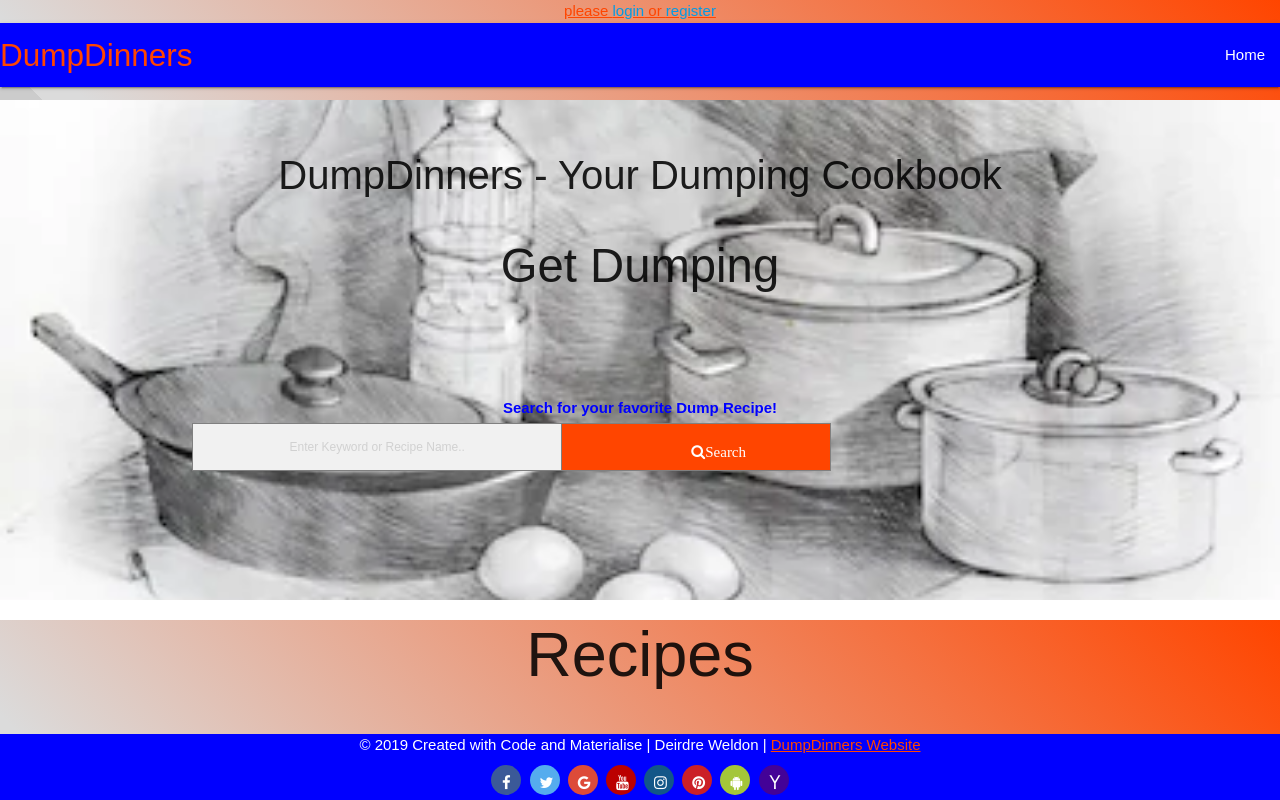
Repository: Deirdre18/dumpdinners-recipe-app
Page: http://localhost/
The author's editor kept a record of every edit. The page is drawn from the files as they stood at one moment, then again after the next edit.
The browser window is 1280 px wide. The pictures show the whole page.
Some web libraries are served in a nearby version. The page is served by the project's application, run on Flask 3 (app.py). Queries for data that is not in the repository find no rows.

Above is the page before.

### templates/allrecipes1.html
{% extends "base.html" %}
{% block content %}

        <h1 class="title">Recipes</h1>
 {#{{referred to https://github.com/pierceoneill/code-institute-milestone-project-04/blob/master/templates/recipes.html for recipe-cards code.}}#}



   <div id="recipe-cards" class="row">
    {% for recipe in recipes %}
        <div class="col s12 m4 l3 recipe-card" data-date="{{recipe.date_added}}">
            <div class="card-heading"style="text-align:center">

                    <div class="card-title">
                        <h6><span id="recipe_name" name="recipe_name" ><i><strong>{{recipe.recipe_name}} </i></strong></span></h6>

                    </div>
            </div>


            <div class="card-image" >
                <img src="{{recipe.image}}" width="200" height="200" style="margin-top": 40%;>
            </div>


            <div class="card-body">

                <p id="short_description"></p> <strong><em>{{recipe.short_description}}</strong></em></p>
            </div>

           <div class="card-footer">


                <div class="card-action">
                   <a href="/recipe/{{ recipe._id }}"> <button class="btn waves-effect waves-light" type="submit" style="background-color:orangered" name="action">See More
                <i class="material-icons right">view_list</i>
             </button></a>

                </div>
           </div>




            <!-- more display -->
    </div>
    {% endfor %}

{% endblock %}

### templates/base.html
<!DOCTYPE html>
<html>

<head>
    <!--referred to this link for downloading bootstrap, as well as previous CI tutorials - https://forums.fedoraforum.org/showthread.php?314148-How-to-download-bootstrap-->

    <meta charset="UTF-8">
    <meta name="viewport" content="width=device-width, user-scalable=no, initial-scale=1.0, maximum-scale=1.0, minimum-scale=1.0">
    <meta http-equiv="X-UA-Compatible" content="ie=edge">
    <title>{{ title }} - DumpDinners</title>
    <link href="https://fonts.googleapis.com/icon?family=Material+Icons" rel="stylesheet">
    <link rel="stylesheet" href="https://cdnjs.cloudflare.com/ajax/libs/materialize/0.100.2/css/materialize.min.css">
    <link rel="stylesheet" href="{{url_for('static', filename='styles.css')}}" type="text/css" />
    <link rel="icon" type="image/ico" href="/static/images/favicon.ico" />
    <link rel="stylesheet" href="https://cdnjs.cloudflare.com/ajax/libs/font-awesome/4.7.0/css/font-awesome.min.css">

    <style>
        body {
            font-family: Arial;
        }

        * {
            box-sizing: border-box;
        }

        form.example input[type=text] {
            padding: 5px;
            font-size: 12px;
            border: 1px solid grey;
            float: left;
            width: 4%;
            height: 1%;
            background: #f1f1f1;
        }

        form.example button {
            float: left;
            width: 3%;
            height: 2%;
            padding: 5px;
            background: #2196F3;
            color: white;
            font-size: 12px;
            border: 1px solid grey;
            border-left: none;
            cursor: pointer;
        }

        form.example button:hover {
            background: #0b7dda;
        }

        form.example::after {
            content: "";
            clear: both;
            display: table;
        }
    </style>



</head>

<body>

    <style scoped>
        .pattern {
            min-height: 100px;
        }

        #stripes4 {

            background-image: repeating-linear-gradient(45deg, #ccc, #ccc 30px, #dbdbdb 30px, #dbdbdb 60px, orangered);

        }
    </style>

    <!--to give background gradient color, referred to https://www.quackit.com/css/codes/patterns/css_background_stripes.cfm-->

    <div id="stripes4" class="pattern">


        <!--referred to code from Spence Barribal's github project for username in session below (Student at Code Institute).-->

        {% if 'username' in session %}
        <div class="text-light font-italic bg-dark pt-2 pr-4" style="text-align:center; color:orangered">welcome back, {{ session['username'] }}</div>

        <li class="nav-item" style="text-align:center">
            <a href="{{ url_for( 'add_recipe') }}" style="text-decoration:underline">Add Recipe</a>
        </li>

        <li class="nav-item" style="text-align:center">
            <a href="{{ url_for( 'logout') }}" style="text-decoration:underline">Logout</a>
        </li>

        <li class="nav-item" style="text-align:center">
            <a href="{{ url_for( 'allrecipes') }}" style="text-decoration:underline">Home</a>
        </li>


        {% else %}

        <div class="login" style="text-align:center;color:orangered;text-decoration:underline">please <a href="{{ url_for('login') }}">login</a> or <a href="{{ url_for('register') }}">register</a>
        </div>
        {% endif %}

        <nav>
            <div class="nav-wrapper">
                <a class="brand-logo" style="color:orangered">DumpDinners</a>
                <a href="#" data-activates="mobile-demo" class="button-collapse"><i class="material-icons">menu</i></a>
                <ul id="nav-mobile" class="right hide-on-med-and-down">

                    {% if 'username' not in session %}

                    <li class="nav-item">
                        <a href="{{ url_for('index') }}" style="color:white">Home</a></strong>
                    </li>


                    {% endif %}

                </ul>
            </div>

        </nav>
        <!--referred to https://www.w3schools.com/howto/howto_css_search_button.asp-->

        {% if 'username' in session %}
        <ul class="sidenav" id="mobile-demo">
            <li class="nav-item">
                <a href="{{ url_for('allrecipes') }}" style="color:orangered;text-decoration:underline"><strong>Home</strong></a>
            </li>
            {% endif %}


        </ul>
    </div>

    <div id="index-banner" class="parallax-container">
        <div class="section no-pad-bot">
            <div class="container">

                <div class="parallax">
                    <img src="{{ url_for('static', filename='uploads/' + 'still-life.jpg') }}">
                </div>

                <h2 class="header center" class="header"><small>DumpDinners - Your Dumping Cookbook</small></h2>

                <h1 class="header center" class="header"><small>Get Dumping</small></h1>
                <br><br><br>


                <!--/*referred to https://www.w3schools.com/howto/howto_css_search_button.asp*/-->

                <div class="search-container">

                    <h6 class="lead-search" style="color:blue; text-align:center"><strong>Search for your favorite Dump Recipe!</strong></h6>
                    <form class="example" action="{{ url_for('search') }}">
                        <input type="text" placeholder="Enter Keyword or Recipe Name.." required name="query" style="margin-top:0; width:40%; height:3em !important; text-align:center; color:black">
                        <div id="search">
                            <button type="submit" style="margin-top:0; width:30%; height:4em !important; background-color:orangered;text-align:center"><i class="fa fa-search" style="font-size:15px">Search</i></button>
                        </div>
                    </form>
                </div>


            </div>
        </div>
        <!--Referred to this link for adding photos dynamically. https://stackoverflow.com/questions/40877272/jinja2-not-displaying-the-images-->


    </div>

    <div id="stripes4" class="pattern">
        {% block content %}{% endblock %}
    </div>

    <script src="https://cdnjs.cloudflare.com/ajax/libs/jquery/3.2.1/jquery.min.js"></script>
    <script src="https://cdnjs.cloudflare.com/ajax/libs/materialize/0.100.2/js/materialize.min.js"></script>



    <script type="text/javascript">
        /*Collapsable elements are in place but not firing yet. We use Jquery document.ready) function when document is ready, when all the html elements have rendered.  So we'll place this in the base.html in the parent template so that any collapsible elements can access this functionality when they're being rendered. So we now have our accordion in place. What we'll do next is we will dynamically add tasks to those accordion elements.*/



        $(document).ready(function() {
            $(".button-collapse").sideNav();
        });



        $('.datepicker').pickadate({
            selectMonths: true, // Creates a dropdown to control month
            selectYears: 15, // Creates a dropdown of 15 years to control year,
            today: 'Today',
            clear: 'Clear',
            close: 'Ok',
            closeOnSelect: false // Close upon selecting a date,
        });

        $(document).ready(function() {
            $('.parallax').parallax();
        });
    </script>

    <!-- jquery to activate buttons -->

    <script type="text/javascript">
        $(document).ready(function() {
            $('.collapsible').collapsible();
            $('select').material_select();
        });
    </script>

    <!--to create footer referred to https://www.w3schools.com/howto/tryit.asp?filename=tryhow_css_fixed_footer. For flexible footer referred to https://materializecss.com/footer.html-->
    <!--decided to make footer fixed rather than flexible-->

    <style>
        .footer {
            margin-top: 1px;
            display: fixed;
            min-height: 3vh;
            flex-direction: column;
            text-align: center;
            background-color: blue;
            color: white;
        }

        main {
            flex: 1 0 auto;
        }

        .container {
            margin-top: 15px;
            margin-bottom: 3px;
        }
    </style>



    <style>
        .fa {
            padding: 10px;
            font-size: 15px;
            width: 30px;
            text-decoration: none;
            margin: 5px 2px;
            border-radius: 50%;
            height: 30px;
        }

        .fa:hover {
            opacity: 0.7;

        }

        .fa-facebook {
            background: #3B5998;
            color: white;
            text-align: center;
        }

        .fa-twitter {
            background: #55ACEE;
            color: white;
            text-align: center;
        }

        .fa-google {
            background: #dd4b39;
            color: white;
            text-align: center;
        }

        .fa-youtube {
            background: #bb0000;
            color: white;
            text-align: center;
        }

        .fa-instagram {
            background: #125688;
            color: white;
            text-align: center;
        }

        .fa-pinterest {
            background: #cb2027;
            color: white;
            text-align: center;
        }


        .fa-android {
            background: #a4c639;
            color: white;
            text-align: center;
        }



        .fa-yahoo {
            background: #430297;
            color: white;
            text-align: center;
        }

        strong {
            font-weight: bold;
        }
    </style>



    <div class="footer">


        <div class="container">
            <!--created blank spaces, referred to https://www.computerhope.com/jargon/n/nbsp.htm-->
            © 2019 Created with Code and Materialise&nbsp| Deirdre Weldon |&nbsp<a href="https://dumpdinners-recipe-app.herokuapp.com/" style="color:orangered; text-decoration: underline">DumpDinners Website

        </div>

        <!--for social media icons and styles referred to https://www.w3schools.com/howto/howto_css_social_media_buttons.asp    -->




<!-- Add font awesome icons -->
            <a href="https://www.facebook.com/" class="fa fa-facebook"></a>
            <a href="https://www.twitter.com/" class="fa fa-twitter"></a>
            <a href="https://www.google.com/" class="fa fa-google"></a>
            <a href="https://www.youtube.com/" class="fa fa-youtube"></a>
            <a href="https://www.instagram.com/" class="fa fa-instagram"></a>
            <a href="https://www.pinterest.com/" class="fa fa-pinterest"></a>
            <a href="https://www.android.com/" class="fa fa-android"></a>
            <a href="https://www.yahoo.com/" class="fa fa-yahoo"></a>


        </div>



</body>

</html>

### app.py
import os
import re
from flask import Flask, render_template, redirect, request, url_for, session, flash

from flask_pymongo import PyMongo
import pymongo
from pymongo import MongoClient
from bson.objectid import ObjectId


from werkzeug.security import generate_password_hash, check_password_hash


app = Flask(__name__)

app.secret_key = "randomstring123"



if app.config['DEBUG'] == True:
    from config import dbconfig
    app.config["MONGO_DBNAME"] = 'dumpdinners'
    app.config["MONGO_URI"] = dbconfig()
else:
    app.config['MONGO_URI'] = os.environ.get("MONGO_URI")
    app.config['MONGO_DBNAME'] = os.environ.get("MONGO_DBNAME")

mongo = PyMongo(app)


@app.route('/')
@app.route('/index')
def index():
    """Home page the gets 4 recipes from DB that have been viewed the most"""
    four_recipes = mongo.db.recipes.find().limit(4)
    return render_template('allrecipes1.html', recipes=four_recipes)

@app.route('/allrecipes')
def allrecipes():
    recipes = mongo.db.recipes.find()
    return render_template('allrecipes.html', recipes=recipes)

@app.route('/allrecipes1')
def allrecipes1():
    recipes = mongo.db.recipes.find()
    four_recipes = mongo.db.recipes.find().limit(4)
    return render_template('allrecipes1.html', recipes=four_recipes)

@app.route('/add_recipe')
def add_recipe():
    recipes = mongo.db.recipes.find()
    return render_template('addrecipe.html',
        categories=mongo.db.categories.find())


@app.route('/insert_recipe', methods=['POST'])
def insert_recipe():
    recipes = mongo.db.recipes
    recipes.insert_one(request.form.to_dict())
    flash ("Thank you, your recipe has been inserted")
    return redirect(url_for('allrecipes'))



@app.route('/edit_recipe/<recipe_id>', methods=['GET', 'POST'])
def edit_recipe(recipe_id):
    """Allows logged in user to edit their own recipes"""
    recipe_db = mongo.db.recipes.find_one_or_404({'_id': ObjectId(recipe_id)})
    all_categories =  mongo.db.categories.find()
    if request.method == 'GET':

        return render_template('editrecipe.html', recipe=recipe_db, categories=all_categories)


# referred to this article for advice on 'views' - https://stackoverflow.com/questions/5782311/mongodb-inc-embedded-value-syntax

@app.route('/update_recipe/<recipe_id>', methods=["POST"])
def update_recipe(recipe_id):
    recipes = mongo.db.recipes
    recipes.update( {'_id': ObjectId(recipe_id)},
    {
        '$set': {

        'recipe_name':request.form.get('recipe_name'),
        'ingredients':request.form.get('ingredients'),
        'image': request.form.get('image'),
        'category_name': request.form.get('category_name'),
        'username': request.form.get('username'),
        'methods': request.form.get('methods'),
        'short_description': request.form.get('short_description'),
        'date_added': request.form.get('date_added'),
        'is_vegetarian': request.form.get('is_vegetarian'),
        'views': 1,
        }
    })
    return redirect(url_for('allrecipes'))



@app.route('/delete_recipe/<recipe_id>')
def delete_recipe(recipe_id):
    mongo.db.recipes.remove({'_id': ObjectId(recipe_id)})
    return redirect(url_for('allrecipes'))

@app.route('/search')
def search():
    """Provides logic for search bar"""
    orig_query = request.args['query']
    # using regular expression setting option for any case
    query = {'$regex': re.compile('.*{}.*'.format(orig_query)), '$options': 'i'}
    # find instances of the entered word in title, tags or ingredients
    results = mongo.db.recipes.find({
        '$or': [
            {'recipe_name': query},
            {'ingredients': query},
            {'recipe_name': query}
        ]
    })
    return render_template('search.html', query=orig_query, results=results)


@app.route('/recipe/<recipe_id>')
def recipe(recipe_id):
    """Shows full recipe and increments view"""
    mongo.db.recipes.find_one_and_update(
        {'_id': ObjectId(recipe_id)},
        {'$inc': {'views': 1}}
    )
    recipe_db = mongo.db.recipes.find_one_or_404({'_id': ObjectId(recipe_id)})
    return render_template('recipe.html', recipe=recipe_db)




#ROUTES FOR CATEGORIES


@app.route('/get_categories')
def get_categories():
    return render_template('categories.html',
        categories=mongo.db.categories.find())

@app.route('/add_category')
def add_category():
    return render_template('addcategory.html')

@app.route('/insert_category', methods=['POST'])
def insert_category():
    category_doc = {'category_name': request.form.get('category_name')}
    mongo.db.categories.insert_one(category_doc)
    return redirect(url_for('allrecipes'))

@app.route('/edit_category/<category_id>')
def edit_category(category_id):
    return render_template('editcategory.html',
    categories=mongo.db.categories.find_one({'_id': ObjectId(category_id)}))


@app.route('/update_category/<category_id>', methods=['POST'])
def update_category(category_id):
    categories = mongo.db.categories
    categories.update({'_id': ObjectId(category_id)},
    {


         'category_name': request.form.get('category_name'),

    })
    return redirect(url_for('get_categories'))

#Copied routing for login from Deborah Thompson, student at Code Institute for login routing - #https://github.com/debbiect246/recipe-app#


@app.route('/login', methods=["GET","POST"])
def login():
    if request.method == 'POST':
        login_user = mongo.db.register.find_one({'username': request.form['username']})
        form = request.form
        if login_user:
            if(form["password"] == login_user["password"]): # if password correct
                session['username'] = login_user["username"]
                return redirect(url_for('allrecipes',register_id = login_user["_id"]))
            else: # and if password is not correct
               flash("Incorrect password")
        else:# if user does not exist
            flash("User does not exist")
            return redirect(url_for('register'))
    return render_template('login.html')


#Copied routing for register from Deborah Thompson, student at Code Institute for login routing - #https://github.com/debbiect246/recipe-app#

@app.route('/register', methods=['POST','GET'])
def register():
    if request.method == 'POST':
        register = mongo.db.register
        register_id = register.insert_one(request.form.to_dict())
        # print(register)
        object_id = register_id.inserted_id
        flash("Thank you for registering, please go to login")
        return redirect(url_for('allrecipes1',register_id=object_id))
    return render_template('register.html')




#Copied routing for allrecipeslist from Deborah Thompson, student at Code Institute for login routing - #https://github.com/debbiect246/recipe-app#


@app.route('/logout')
def logout():
    """Clears session and redirects to home"""
    session.clear()
    return redirect(url_for('allrecipes1'))




if __name__ == '__main__':
    app.run(host=os.environ.get('IP'),
        port=int(os.environ.get('PORT')))

### static/styles.css
.card-body {
    width: 75%;
    margin-left: 0;
    left: auto;
    right: auto;
    white-space: pre-wrap;
}

#search [type="search"] [name="query"]
{
     height: 30px;
     width: 50px;
}


h3 {margin-top: 10%}

.main { margin-top: 20px;}

.card-image {width:25%;}

h5 .lead-search {margin-bottom: 0}

p .heading {margin-top: 30%;}


.card-image {white-space: pre-wrap;
            margin-bottom: -80px;
}


h1 {text-align: center;
    margin-top: 20px;

}

p {margin-top: 20%;}



.nav-wrapper {background-color: blue;}

#Add {color: indigo;
}

#View {color: indigo;
}

.brand-logo{text-align:left;}

.btn_small {
    height: 24px;
    width: 60px;
    line-height: 24px;
    margin: 5px 5px;
    padding: 0 0.5em;
}

After the next edit:
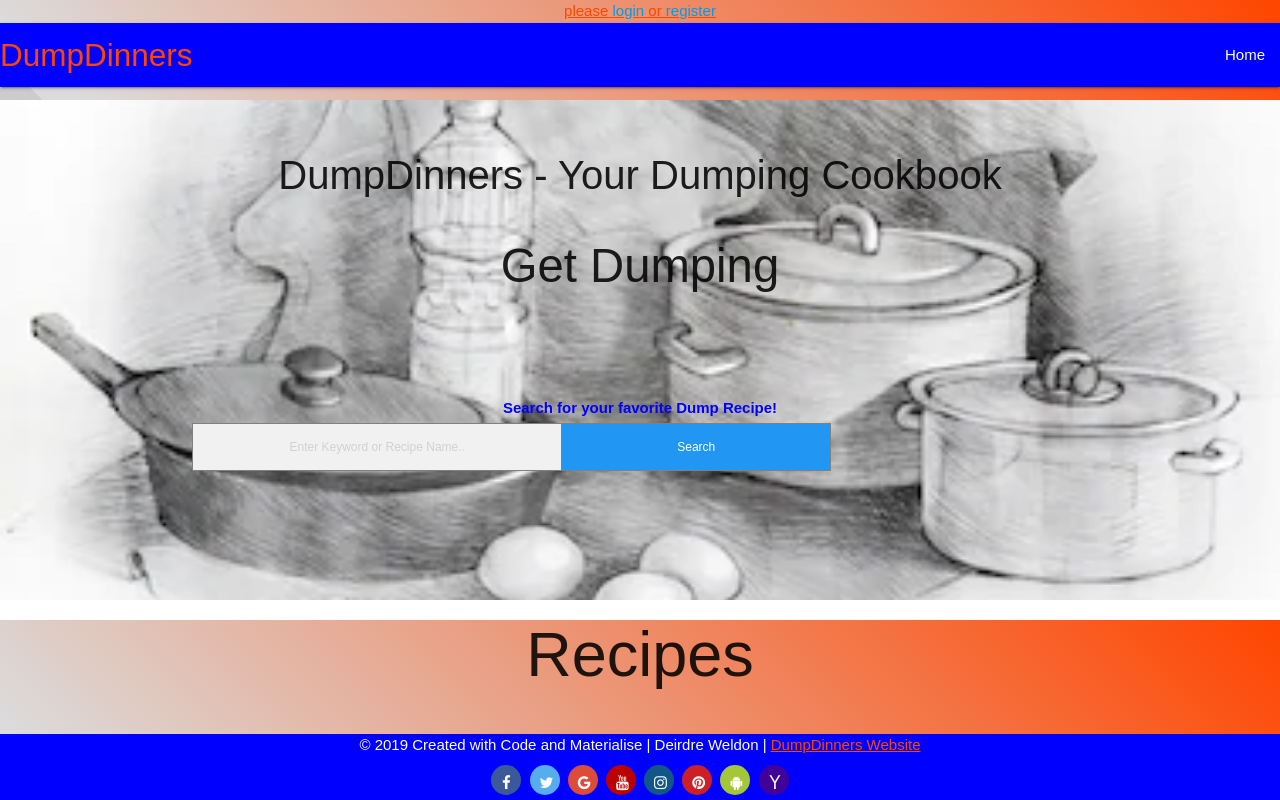
The edit:
--- a/templates/base.html
+++ b/templates/base.html
@@ -158,7 +158,7 @@
                     <form class="example" action="{{ url_for('search') }}">
                         <input type="text" placeholder="Enter Keyword or Recipe Name.." required name="query" style="margin-top:0; width:40%; height:3em !important; text-align:center; color:black">
                         <div id="search">
-                            <button type="submit" style="margin-top:0; width:30%; height:4em !important; background-color:orangered;text-align:center"><i class="fa fa-search" style="font-size:15px">Search</i></button>
+                            <button type="submit" style="margin-top:0; width:30%; height:4em !important; background-color:orangered><i class="fa fa-search" style="font-size:15px">Search</i></button>
                         </div>
                     </form>
                 </div>
